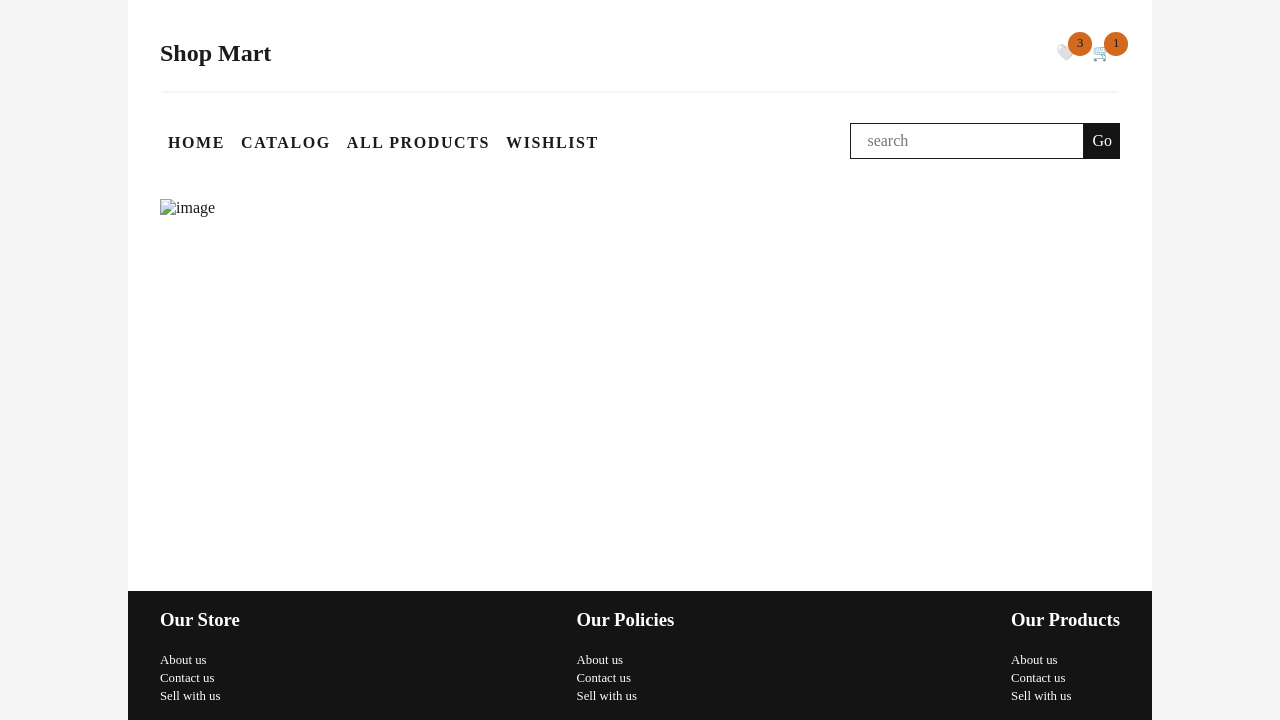
Repository: Zalida-Khan/Lab-1-3170
Page: /
The author's editor kept a copy of each file at every save. The page is drawn from the files as they stood at one save, then again after the next save.
The browser window is 1280 px wide. The pictures show the whole page.
The project was rebuilt for these pictures with package versions that can differ from the ones it lists, and the page was loaded fresh each time. Also part of the build but not shown: vite.config.js.

Above is the page before, as saved 2024-09-11 14:06:35.

After the next save:
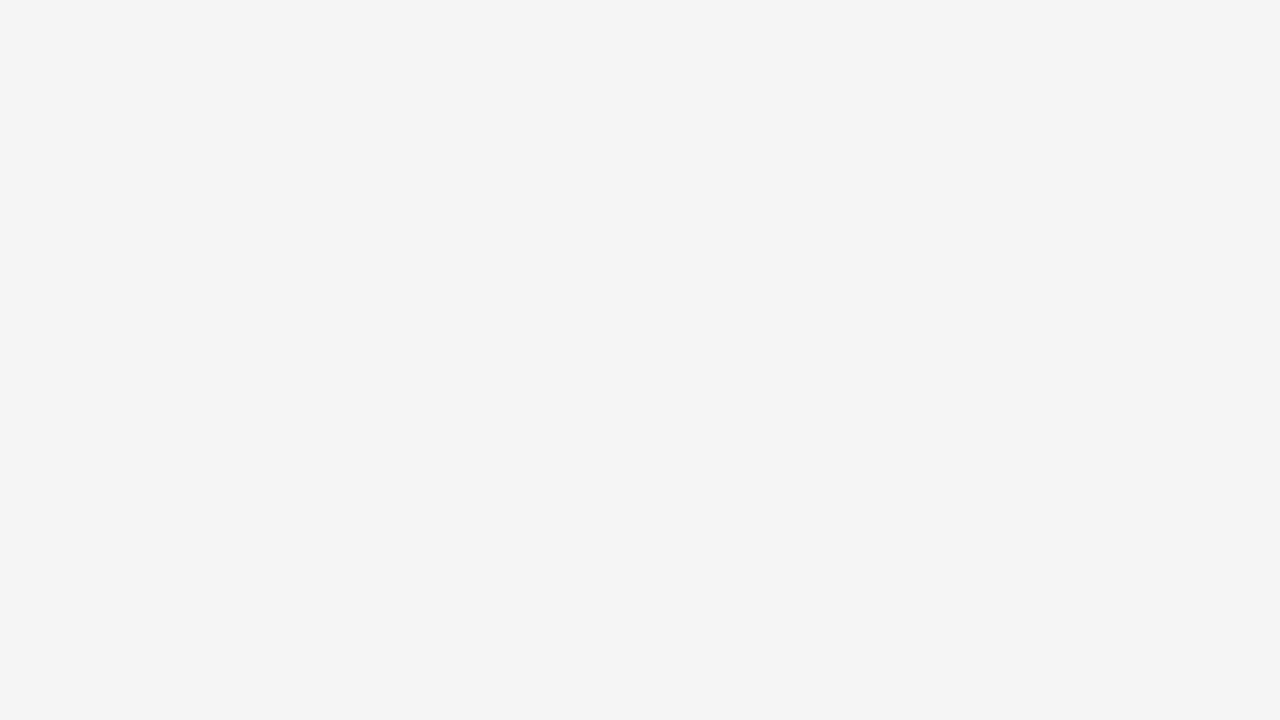
Console error (its wording comes from the project's code and is left out).
Saved 6 s later.
--- a/src/App.jsx
+++ b/src/App.jsx
@@ -33,7 +33,7 @@
 
         <main>
           <div className="product">
-            <img src="" alt="image"></img>
+            <img src="" alt="image">Shoes</img>
           </div>
         </main>
       </section>

After the 2 saves that followed:
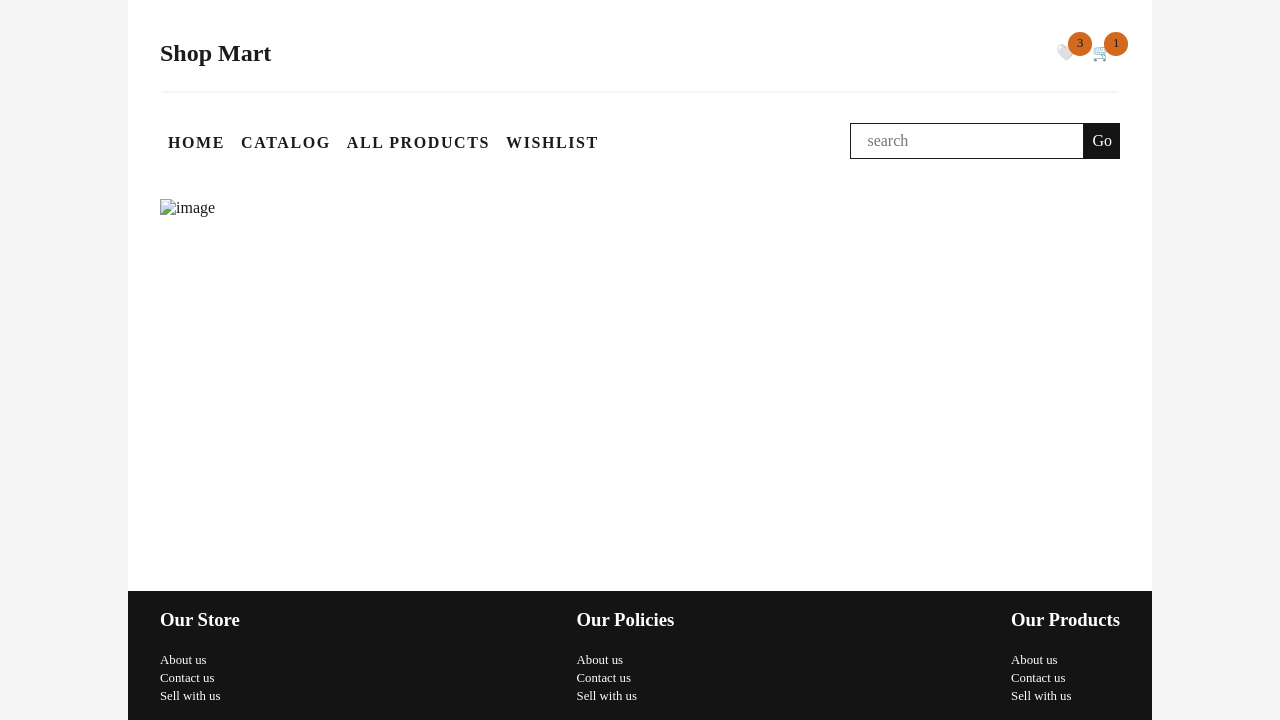
The error is gone.
The 2 saves are shown as one change because they came seconds apart.
The last was saved 9 s later.
--- a/src/App.jsx
+++ b/src/App.jsx
@@ -33,7 +33,8 @@
 
         <main>
           <div className="product">
-            <img src="" alt="image">Shoes</img>
+            <img src="" alt="image"></img>
+            <p></p>
           </div>
         </main>
       </section>
